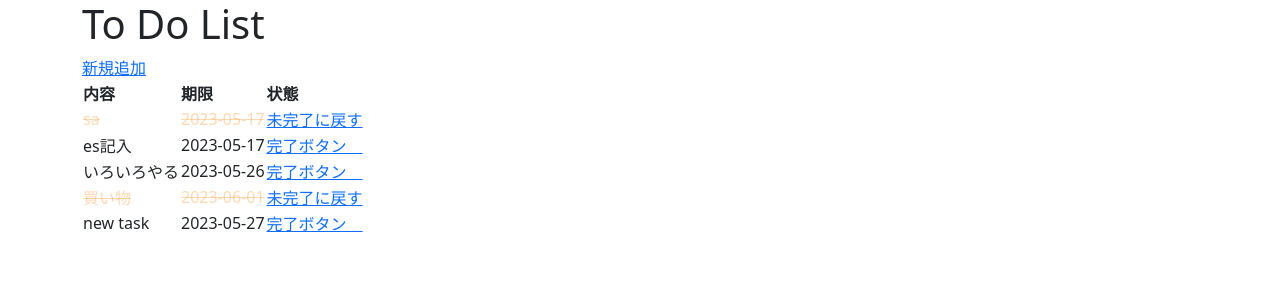
Repository: sgmtg/ToDoList
Page: http://localhost/
The author's editor kept a record of every edit. The page is drawn from the files as they stood at one moment, then again after the next edit.
The browser window is 1280 px wide. The pictures show the whole page.
The page is served by the project's application, run on Flask 3 (app.py). The page reads the database file committed with the project.

Above is the page before.

After the next edit:
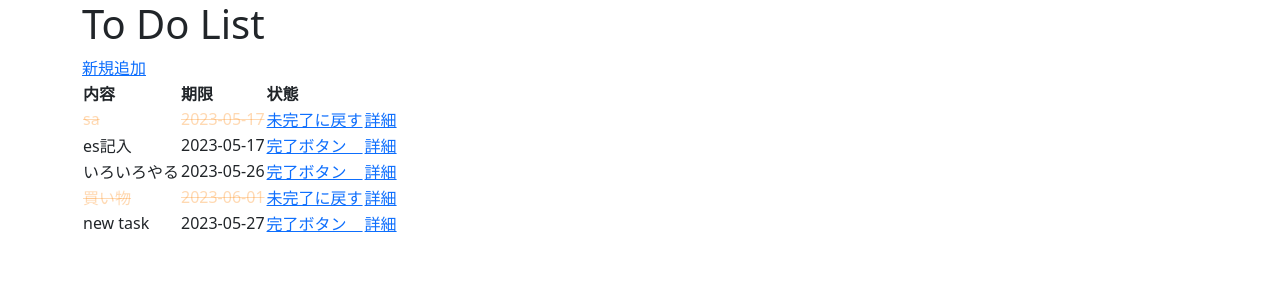
The edit:
--- a/templates/index.html
+++ b/templates/index.html
@@ -16,6 +16,7 @@
                 <td  {% if post.done %} class="done" {% endif %}>{{ post.due.date() }}</td>
                 </span>
                 <td><a href="/change_status/{{ post.id }}">{% if post.done %}未完了に戻す{% else %}完了ボタン　{% endif %}</a></td>
+                <td><a href="/detail/{{ post.id }}">詳細</a></td>
 
             </tr>
         {% endfor %}
